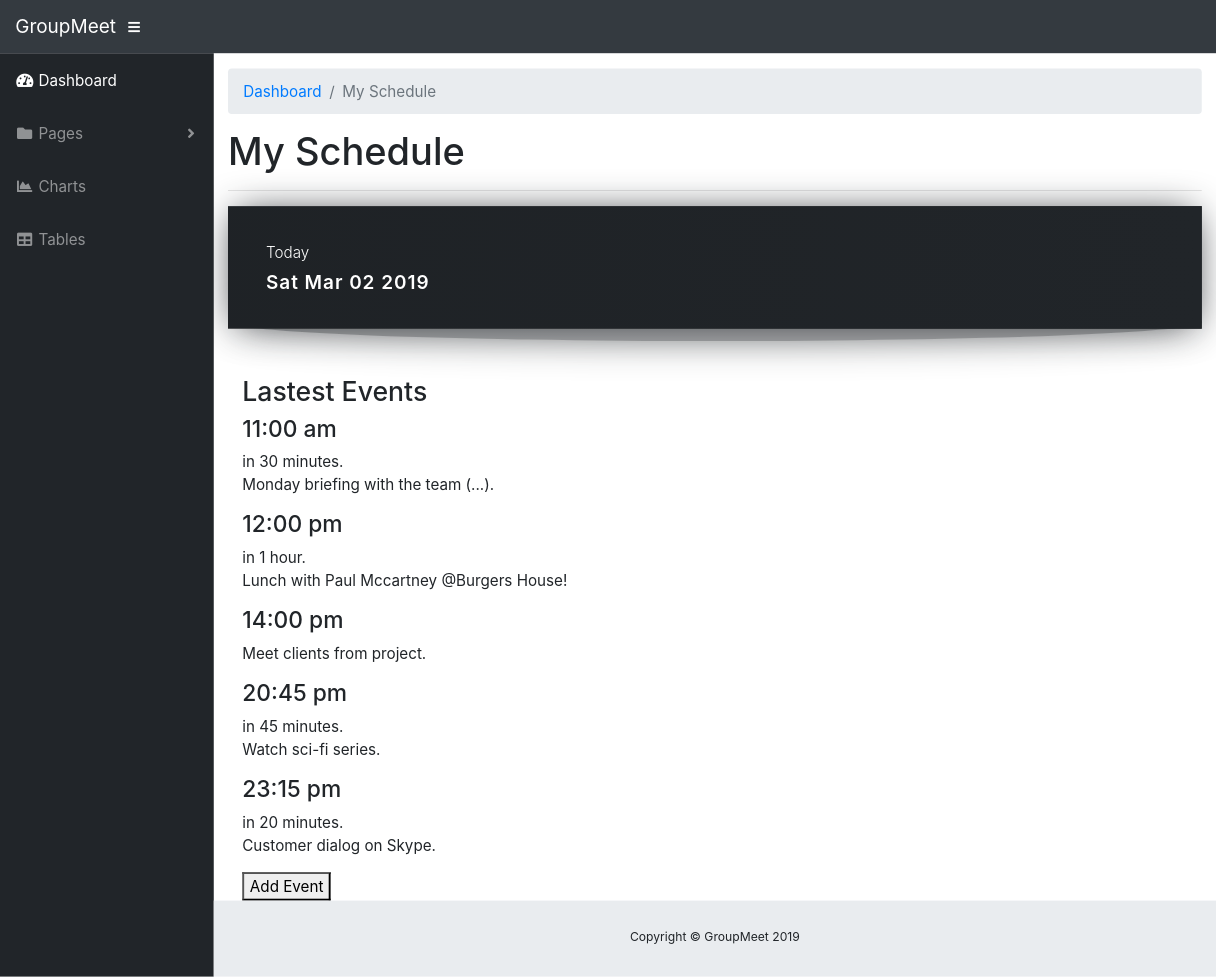
Repository: Map2g/GroupMeet
Page: messing_around.html
The author's editor kept a record of every edit. The page is drawn from the files as they stood at one moment, then again after the next edit.
The browser window is 1280 px wide. The pictures show the whole page, at 95% of full size.

Above is the page before.

After the next edit:
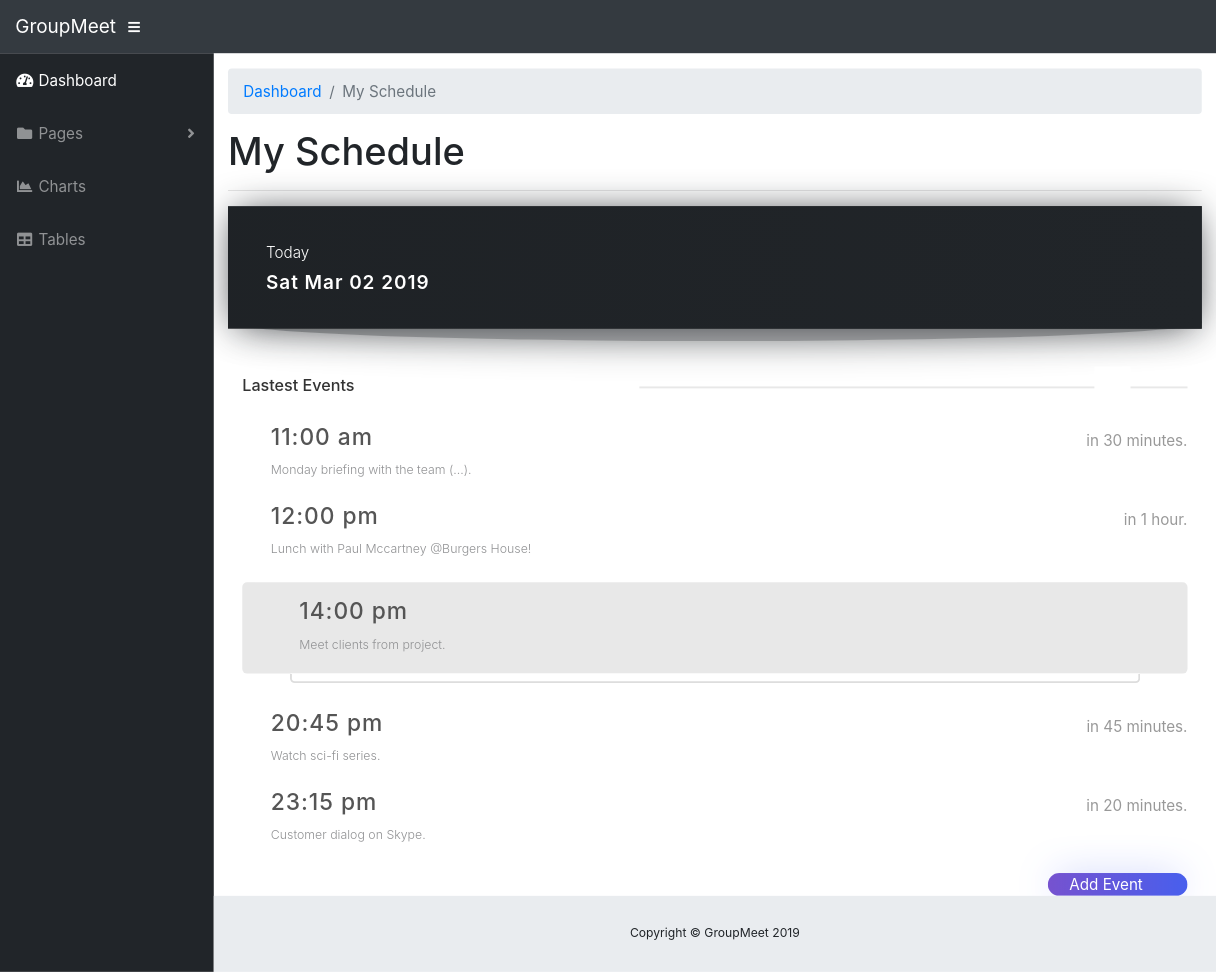
The edit:
--- a/calendar.css
+++ b/calendar.css
@@ -213,8 +213,8 @@
          box-shadow: 0px 8px 30px -14px #000;
 
       }
-   }
-} */
+   } */
+}
 
 
 .upcoming-events {
